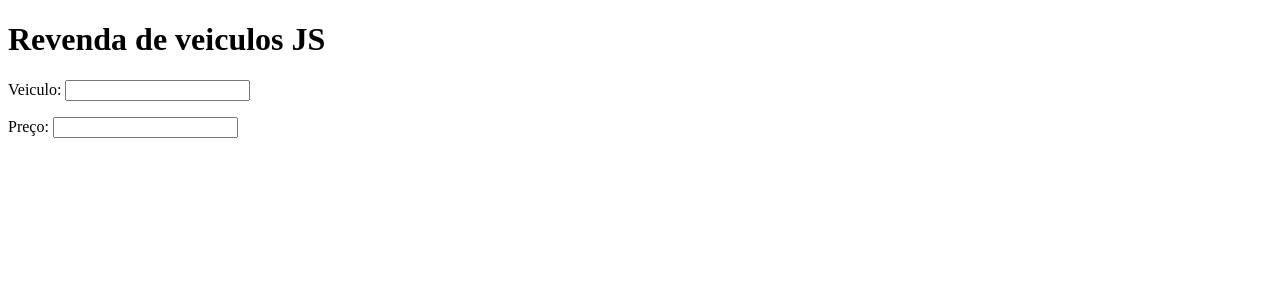
Repository: JhonMercedes/Javascript-book
Page: cap2/ex2_3.html
The author's editor kept a copy of each file at every save. The page is drawn from the files as they stood at one save, then again after the next save.
The browser window is 1280 px wide. The pictures show the whole page.

Above is the page before, as saved 2021-12-03 21:50:28.

### cap2/ex2_3.html
<!DOCTYPE html>
<html lang="en">
<head>
    <meta charset="UTF-8">
    <meta http-equiv="X-UA-Compatible" content="IE=edge">
    <meta name="viewport" content="width=device-width, initial-scale=1.0">
    <title>Document</title>
</head>
<body>
    <h1>Revenda de veiculos JS</h1>
    <p>Veiculo:
        <input type="text">
    </p>
    <p>Preço:
        <input type="text">
    </p>
</body>
</html>

After the next save:
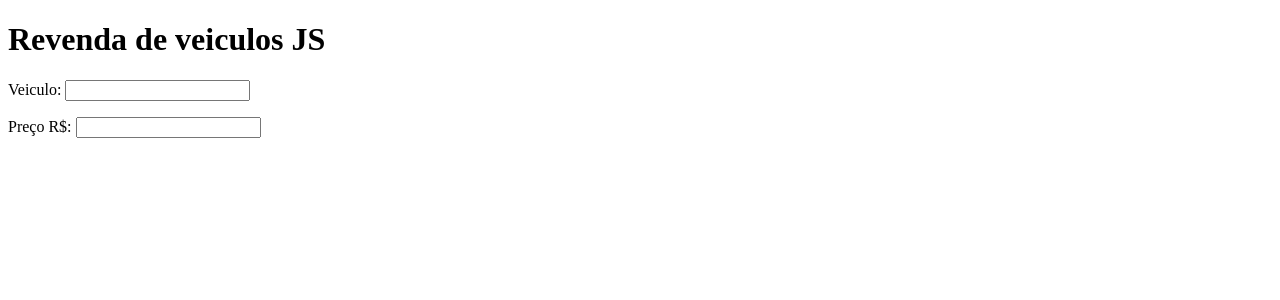
Saved 7 s later.
--- a/cap2/ex2_3.html
+++ b/cap2/ex2_3.html
@@ -11,7 +11,7 @@
     <p>Veiculo:
         <input type="text">
     </p>
-    <p>Preço:
+    <p>Preço R$:
         <input type="text">
     </p>
 </body>
